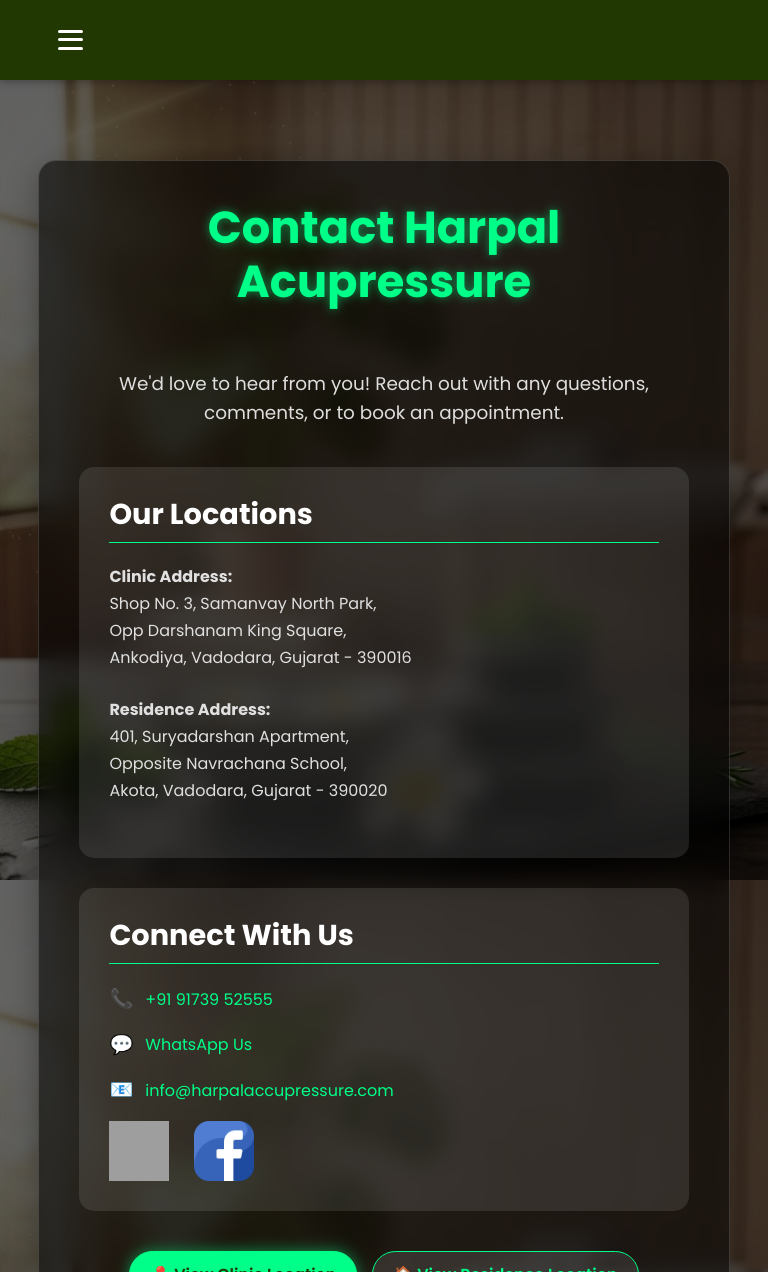
Repository: swasthiik/my-websites
Page: contact.html
These files come from the project's save history. The page is drawn as it stood at one moment and after the next save; the edit follows.
The browser window is 768 px wide. The pictures show the part of the page from y = 0 to 1272 px (the page is 1926 px tall before and 1943 px after).
Pictures or frames that could not be fetched are drawn as grey boxes. Backgrounds fixed to the window are drawn as part of the page.

Above is the page before, as saved 2025-10-31 15:18:42.

### contact.html
<!DOCTYPE html>
<html lang="en">
<head>
  <meta charset="UTF-8" />
  <meta name="viewport" content="width=device-width, initial-scale=1.0" />
  <meta name="description" content="Contact Harpal Acupressure for holistic wellness and healing therapies in Vadodara, Gujarat. Get our address, phone numbers, email, and social media links." />
  <title>Contact Us - Harpal Acupressure</title>

  <!-- Google Font -->
  <link href="https://fonts.googleapis.com/css2?family=Poppins:wght@300;400;600;700&display=swap" rel="stylesheet">

  <!-- Favicon -->
  <link rel="icon" href="images/logo.jpg" type="image/jpeg">

  <!-- Main stylesheet -->
  <link rel="stylesheet" href="style.css">
  <!-- Page-specific stylesheet for Contact -->
  <link rel="stylesheet" href="contact.css">
</head>

<body>
  <!-- HEADER -->
  <header>
    <button class="mobile-menu-button" id="menu-button" aria-label="Open navigation menu" aria-expanded="false">
        <span class="dot" aria-hidden="true"></span>
        <span class="dot" aria-hidden="true"></span>
        <span class="dot" aria-hidden="true"></span>
    </button>
    <nav class="nav-menu" id="nav-menu" aria-label="Main navigation">
      <ul>
        <li><a href="index.html">Home</a></li>
        <li><a href="about.html">About</a></li>
        <li><a href="index.html#services">Services</a></li>
        <li><a href="contact.html" class="active">Contact</a></li>
      </ul>
    </nav>
  </header>

  <!-- MAIN CONTACT SECTION -->
  <main>
    <section id="contact-page" class="glass-section" aria-labelledby="contact-page-title">
      <div class="section-card">
        <h2 id="contact-page-title">Contact Harpal Acupressure</h2>
        <p class="contact-intro">
          We'd love to hear from you! Reach out with any questions, comments, or to book an appointment.
        </p>

        <!-- ⭐ NEW: Consolidated Contact Info Grid ⭐ -->
        <div class="contact-info-grid">
            <!-- Left Column: Address & Contact Details -->
            <div class="contact-info-card">
              <h3>Our Locations</h3>
              <p><strong>Clinic Address:</strong><br>
                Shop No. 3, Samanvay North Park,<br>
                Opp Darshanam King Square,<br>
                Ankodiya, Vadodara, Gujarat - 390016
              </p>
              <p><strong>Residence Address:</strong><br>
                401, Suryadarshan Apartment,<br>
                Opposite Navrachana School,<br>
                Akota, Vadodara, Gujarat - 390020
              </p>
            </div>

            <!-- Right Column: Social Media -->
            <div class="contact-info-card social-card">
                <h3>Connect With Us</h3>
                <ul>
                  <li><a href="tel:+919173952555" class="tel-link">+91 91739 52555</a></li>
                  <li><a href="https://wa.me/919173952555" target="_blank" rel="noopener noreferrer" class="whatsapp-link">WhatsApp Us</a></li>
                  <li><a href="mailto:info@harpalaccupressure.com" class="email-link">info@harpalaccupressure.com</a></li>
                </ul>
                <div class="social-btns-contact-page">
                    <a href="https://www.instagram.com/harpal_acupressure/" target="_blank" rel="noopener noreferrer" aria-label="Visit us on Instagram"><img src="images/instagram.png" alt="Instagram Icon"></a>
                    <a href="https://m.facebook.com/share/1GioYfoyAg/" target="_blank" rel="noopener noreferrer" aria-label="Visit us on Facebook"><img src="images/facebook.png" alt="Facebook Icon"></a>
                </div>
            </div>
        </div><!-- End contact-info-grid -->

        <!-- ⭐ NEW: Map Block with Switcher Buttons ⭐ -->
        <div class="contact-map">
            <div class="map-switcher">
                <button id="show-clinic-map" class="active">📍 View Clinic Location</button>
                <button id="show-residence-map">🏠 View Residence Location</button>
            </div>
            <iframe
              id="google-map-iframe"
              src="https://www.google.com/maps/embed?pb=!1m18!1m12!1m3!1d3690.6720849303!2d73.1539158752945!3d22.3283282796677!2m3!1f0!2f0!3f0!3m2!1i1024!2i768!4f13.1!3m3!1m2!1s0x395fc631a2c13d41%3A0x26422526431f7956!2sSamanvay%20North%20park!5e0!3m2!1sen!2sin!4v1730452296541!5m2!1sen!2sin"
              width="100%"
              height="450"
              style="border:0;"
              allowfullscreen=""
              loading="lazy"
              referrerpolicy="no-referrer-when-downgrade"
              title="Harpal Acupressure Location on Google Maps">
            </iframe>
        </div>
      </div>
    </section>
  </main>

  <footer>
    <p>&copy; <span id="current-year"></span> Harpal Acupressure. All Rights Reserved.</p>
  </footer>

  <script src="main.js"></script>
</body>
</html>

### style.css
/* style.css */

/* GENERAL BODY & TYPOGRAPHY */
:root {
    --primary-color: #213803; /* A deep, earthy green */
    --secondary-color: #064421; /* A slightly darker, richer green */
    --accent-color: #00ff88; /* Bright green for highlights/active states */
    --text-color-dark: #333; /* Dark text for light backgrounds */
    --text-color-light: #f4f4f4; /* Light text for dark backgrounds */
    --bg-color: #1a202c; /* Dark charcoal background for the body */
    --glass-card-bg-light-opacity: rgba(255, 255, 255, 0.1); /* Lighter glass effect */
    --glass-card-bg-dark-opacity: rgba(0, 0, 0, 0.55); /* Darker glass effect for contrast */
    --glass-card-border: rgba(255, 255, 255, 0.15);
    --glass-card-shadow: rgba(0, 0, 0, 0.3);
    --header-height: 80px;
    --footer-height: 60px;
}

body {
    font-family: 'Poppins', sans-serif;
    margin: 0;
    color: var(--text-color-light);
    line-height: 1.6;
    background-color: var(--bg-color);
    overflow-x: hidden;
    scroll-behavior: smooth;
    padding-top: var(--header-height);
    box-sizing: border-box;
}

body.menu-open {
    overflow: hidden;
}

body.menu-open::after {
    content: '';
    position: fixed;
    top: 0;
    left: 0;
    right: 0;
    bottom: 0;
    background-color: rgba(0, 0, 0, 0.5);
    z-index: 1004;
    transition: opacity 0.4s ease;
}

h1, h2, h3, h4, h5, h6 {
    font-weight: 700;
    margin-top: 0;
    margin-bottom: 0.5em;
    color: #ffffff;
    line-height: 1.2;
}

p {
    margin-bottom: 1em;
}

a {
    text-decoration: none;
    color: var(--accent-color);
    transition: color 0.3s ease;
}

a:hover {
    color: #ffffff;
}

.btn {
    display: inline-block;
    background-color: var(--primary-color);
    color: #ffffff;
    padding: 12px 25px;
    border-radius: 30px;
    margin-top: 15px;
    transition: all 0.3s ease;
    font-weight: 600;
    border: none;
    text-align: center;
    cursor: pointer;
    font-size: 1rem;
}

.btn:hover {
    background-color: var(--secondary-color);
    transform: translateY(-2px);
    box-shadow: 0 4px 10px rgba(0,0,0,0.2);
}

/* HEADER STYLING */
header {
    background-color: var(--primary-color);
    color: #ffffff;
    padding: 15px 5%;
    display: flex;
    justify-content: flex-end;
    align-items: center;
    box-shadow: 0 2px 8px rgba(0,0,0,0.3);
    position: fixed;
    top: 0;
    left: 0;
    width: 100%;
    z-index: 1000;
    height: var(--header-height);
    box-sizing: border-box;
}

/* Desktop Navigation Menu */
.nav-menu ul {
    list-style: none;
    margin: 0;
    padding: 0;
    display: flex;
    gap: 25px;
}

.nav-menu a {
    color: #ffffff;
    font-weight: 400;
    padding: 8px 12px;
    position: relative;
    transition: all 0.3s ease;
    border-radius: 5px;
}

.nav-menu a:hover,
.nav-menu a.active {
    color: var(--accent-color);
    background-color: rgba(255, 255, 255, 0.1);
}

/* Mobile Menu Button Styling (Hamburger Icon) */
.mobile-menu-button {
    display: none;
    flex-direction: column;
    justify-content: space-around;
    width: 30px;
    height: 25px;
    background: transparent;
    border: none;
    cursor: pointer;
    padding: 0;
    z-index: 1010;
    position: relative;
    margin-left: 20px;
}

.mobile-menu-button .dot {
    width: 25px;
    height: 3px;
    background-color: white;
    border-radius: 2px;
    transition: all 0.3s ease;
}

.mobile-menu-button[aria-expanded="true"] .dot:nth-child(1) { transform: translateY(8px) rotate(45deg); }
.mobile-menu-button[aria-expanded="true"] .dot:nth-child(2) { opacity: 0; }
.mobile-menu-button[aria-expanded="true"] .dot:nth-child(3) { transform: translateY(-8px) rotate(-45deg); }


/* HERO Section */
#hero {
    background-image: url('images/background.jpg');
    background-size: cover;
    background-position: center;
    height: calc(100vh - var(--header-height));
    padding-top: 0;
    display: flex;
    justify-content: center;
    align-items: center;
    text-align: center;
    color: #ffffff;
    position: relative;
    overflow: hidden;
}

.hero-overlay {
    background: rgba(0, 0, 0, 0.65);
    padding: 50px 20px;
    border-radius: 10px;
    max-width: 800px;
    width: 90%;
    backdrop-filter: blur(8px);
    -webkit-backdrop-filter: blur(8px);
    border: 1px solid rgba(255, 255, 255, 0.1);
    box-shadow: 0 8px 32px 0 rgba(0, 0, 0, 0.4);
    display: flex;
    flex-direction: column;
    align-items: center;
    justify-content: center;
}

.hero-logo {
    width: 150px;
    height: 150px;
    border-radius: 50%;
    object-fit: cover;
    border: 4px solid var(--accent-color);
    margin-bottom: 25px;
    box-shadow: 0 6px 20px rgba(0,0,0,0.5);
}

#hero h1 {
    font-size: 3.5em;
    margin-bottom: 15px;
    color: #ffffff;
    text-shadow: 2px 2px 6px rgba(0,0,0,0.8);
}

#hero p {
    font-size: 1.3em;
    margin-bottom: 30px;
    color: #e0e0e0;
    text-shadow: 1px 1px 4px rgba(0,0,0,0.8);
}

/* GENERAL SECTION STYLING */
section {
    padding: 80px 5%;
    position: relative;
    background-attachment: fixed;
    background-size: cover;
    background-position: center;
    background-repeat: no-repeat;
    min-height: 500px;
    display: flex;
    align-items: center;
    justify-content: center;
    overflow: hidden;
}

/* SECTION BACKGROUNDS */
#about-home { background-image: url('images/background2.jpg'); }
#services { background-image: url('images/background3.jpg'); }
#contact-section-home { background-image: url('images/background5.jpg'); }
#contact-page { background-image: url('images/background5.jpg'); }

section::before {
    content: '';
    position: absolute;
    top: 0;
    left: 0;
    right: 0;
    bottom: 0;
    background-color: rgba(0, 0, 0, 0.6);
    z-index: 0;
}

.glass-section .section-card {
    background: var(--glass-card-bg-dark-opacity);
    border-radius: 18px;
    padding: 40px;
    box-shadow: 0 8px 32px 0 var(--glass-card-shadow);
    backdrop-filter: blur(12px);
    -webkit-backdrop-filter: blur(12px);
    border: 1px solid var(--glass-card-border);
    max-width: 1200px;
    width: 100%;
    z-index: 1;
    color: var(--text-color-light);
    text-align: center;
    box-sizing: border-box;
}

/* More Section Card Styles */
.glass-section h2 {
    font-size: 2.8em;
    margin-bottom: 30px;
    color: var(--accent-color);
    text-shadow: 1px 1px 3px rgba(0,0,0,0.5);
}

.about-content-grid {
    display: flex;
    flex-direction: column;
    align-items: center;
    gap: 30px;
    text-align: left;
    font-size: 1.1em;
}

/* SERVICES GRID */
.services-grid {
    display: grid;
    grid-template-columns: repeat(auto-fit, minmax(280px, 1fr));
    gap: 30px;
    margin-top: 40px;
}

.service-card {
    background: var(--glass-card-bg-light-opacity);
    border-radius: 12px;
    overflow: hidden;
    box-shadow: 0 6px 20px 0 var(--glass-card-shadow);
    backdrop-filter: blur(10px);
    -webkit-backdrop-filter: blur(10px);
    border: 1px solid rgba(255, 255, 255, 0.1);
    transition: transform 0.3s ease, box-shadow 0.3s ease;
    text-align: left;
    display: flex;
    flex-direction: column;
}

.service-card:hover {
    transform: translateY(-8px);
    box-shadow: 0 12px 40px 0 var(--glass-card-shadow);
}

.service-card img {
    width: 100%;
    height: 200px;
    object-fit: cover;
    display: block;
    border-bottom: 1px solid rgba(255, 255, 255, 0.1);
}

.service-card .svc-body {
    padding: 20px;
    flex-grow: 1;
    display: flex;
    flex-direction: column;
    justify-content: flex-start;
}

.service-card .svc-title {
    font-size: 1.4em;
    font-weight: 600;
    color: var(--accent-color);
    margin-bottom: 10px;
}

.service-card .svc-text {
    font-size: 0.95em;
    color: #c0c0c0;
    line-height: 1.5;
}


/* CONTACT SECTION */
#contact-section-home .section-card,
#contact-page .section-card {
    text-align: left;
    padding: 50px;
}

#contact-section-home h2,
#contact-page h2 {
    font-size: 2.8em;
    margin-bottom: 40px;
    text-align: center;
    color: var(--accent-color);
}

.contact-section-home .inner,
#contact-page .inner {
    display: grid;
    grid-template-columns: repeat(auto-fit, minmax(280px, 1fr));
    gap: 50px;
}

.contact-left h3,
.contact-center h3,
.quick-links h4 {
    font-size: 1.6em;
    margin-bottom: 20px;
    color: #ffffff;
}

.social-btns {
    display: flex;
    gap: 20px;
    margin-bottom: 25px;
}

/* ⭐ UPDATED: Reduced the size of the social media icons */
.social-btns img {
    width: 60px;
    height: 60px;
    transition: transform 0.3s ease;
}

.social-btns img:hover {
    transform: scale(1.1);
}

.email-line {
    margin-top: 0;
    margin-bottom: 25px;
    font-size: 1.1em;
}

.email-line a {
    color: var(--accent-color);
    word-break: break-all;
}

.btn-area {
    display: flex;
    gap: 15px;
    flex-wrap: wrap;
}

.btn-call, .btn-wa {
    flex-grow: 1;
    min-width: 140px;
    padding: 12px 15px;
}

.contact-center p {
    margin-bottom: 15px;
    font-size: 1.1em;
    line-height: 1.5;
}

.quick-links a {
    display: block;
    margin-bottom: 10px;
    font-size: 1.1em;
    color: #e0e0e0;
    transition: color 0.3s ease;
}

.quick-links a:hover {
    color: var(--accent-color);
}

.final-line {
    text-align: center;
    margin-top: 50px;
    font-size: 1.2em;
    font-weight: 600;
    color: var(--accent-color);
    padding-top: 30px;
    border-top: 1px solid rgba(255, 255, 255, 0.1);
}

/* FOOTER */
footer {
    background-color: var(--secondary-color);
    color: #ffffff;
    text-align: center;
    padding: 20px 5%;
    font-size: 0.9em;
    box-shadow: inset 0 2px 8px rgba(0,0,0,0.3);
}

/* MEDIA QUERIES FOR RESPONSIVENESS */
@media (max-width: 992px) {
    header {
        justify-content: space-between;
    }
    .mobile-menu-button {
        display: flex;
    }
    .nav-menu {
        display: flex;
        flex-direction: column;
        position: fixed;
        top: var(--header-height);
        left: 0;
        width: 100%;
        height: calc(100vh - var(--header-height));
        background-color: var(--primary-color);
        transform: translateX(100%);
        transition: transform 0.4s ease-in-out;
        z-index: 1005;
        overflow-y: auto;
    }
    .nav-menu[aria-hidden="false"] {
        transform: translateX(0);
    }
    .nav-menu ul {
        flex-direction: column;
        align-items: center;
        padding: 20px 0;
    }
    .nav-menu ul li {
        margin: 10px 0;
        width: 100%;
        text-align: center;
    }
    .nav-menu ul li a {
        display: block;
        padding: 15px 20px;
        font-size: 1.2em;
        border-bottom: 1px solid rgba(255, 255, 255, 0.05);
        color: white;
    }
    .nav-menu ul li:last-child a {
        border-bottom: none;
    }
    .nav-menu ul li a:hover,
    .nav-menu ul li a.active {
        background-color: var(--secondary-color);
        color: var(--accent-color);
    }
}

@media (max-width: 768px) {
    #hero h1 {
        font-size: 2.5em;
    }
    #hero p {
        font-size: 1em;
    }
    .hero-logo {
        width: 120px;
        height: 120px;
    }
    .glass-section h2 {
        font-size: 2em;
    }
    .glass-section .section-card {
        padding: 30px;
    }
    .about-content-grid {
        flex-direction: column;
        text-align: center;
    }
    .services-grid {
        grid-template-columns: 1fr;
    }
    .contact-section-home .inner,
    #contact-page .inner {
        grid-template-columns: 1fr;
        text-align: center;
    }
    .social-btns {
        justify-content: center;
    }
    .btn-area {
        justify-content: center;
    }
}

@media (max-width: 480px) {
    header {
        padding: 10px 3%;
    }
    #hero h1 {
        font-size: 2em;
    }
    #hero p {
        font-size: 0.9em;
    }
    .hero-logo {
        width: 100px;
        height: 100px;
    }
    .hero-overlay {
        padding: 30px 15px;
    }
    section {
        padding: 60px 3%;
    }
    .glass-section .section-card {
        padding: 25px;
    }
    .glass-section h2 {
        font-size: 1.8em;
    }
    .contact-left h3, .contact-center h3, .quick-links h4 {
        font-size: 1.4em;
    }
    .final-line {
        font-size: 1em;
    }
}

### contact.css
/* contact.css */

/* Page-specific background for the contact page */
#contact-page {
    background-image: url('images/background7.jpg');
    background-size: cover;
    background-position: center;
    background-attachment: fixed;
}

/* Main glass card on the contact page */
#contact-page .section-card {
    max-width: 1100px; /* Wider card for a better layout */
    padding: 40px;
    background: rgba(0, 0, 0, 0.55);
    backdrop-filter: blur(12px);
    -webkit-backdrop-filter: blur(12px);
    border: 1px solid rgba(255, 255, 255, 0.15);
    border-radius: 18px;
    display: flex;
    flex-direction: column;
    gap: 40px; /* Space between content blocks */
}

#contact-page-title {
    font-size: 2.8em;
    color: var(--accent-color);
    text-shadow: 0 0 10px rgba(0, 255, 136, 0.5);
    text-align: center;
    margin-bottom: 0;
}

.contact-intro {
    text-align: center;
    font-size: 1.15em;
    max-width: 700px;
    margin: -20px auto 0 auto; /* Pulls it closer to the title */
    color: #f4f4f4;
    opacity: 0.9;
}

/* =================================== */
/* ==== NEW: Contact Grid Layout ==== */
/* =================================== */
.contact-info-grid {
    display: grid;
    grid-template-columns: 1fr 1fr; /* Two equal columns */
    gap: 30px;
}

.contact-info-card {
    background: rgba(255, 255, 255, 0.1);
    border-radius: 15px;
    padding: 30px;
    text-align: left;
}

.contact-info-card h3 {
    font-size: 1.8em;
    color: #ffffff;
    margin-top: 0;
    margin-bottom: 20px;
    border-bottom: 1px solid var(--accent-color);
    padding-bottom: 10px;
}

.contact-info-card p {
    margin-bottom: 1.5em;
    line-height: 1.7;
    color: #e0e0e0;
}

.contact-info-card ul {
    list-style: none;
    padding: 0;
    margin: 0;
}

.contact-info-card li {
    margin-bottom: 15px;
}

.contact-info-card a {
    color: var(--accent-color);
    text-decoration: none;
    transition: color 0.3s ease;
    display: flex;
    align-items: center;
    font-weight: 500;
}

.contact-info-card a:hover {
    color: #ffffff;
}

.contact-info-card a::before {
    margin-right: 12px;
    font-size: 1.2em;
}
a.tel-link::before { content: '📞'; }
a.whatsapp-link::before { content: '💬'; }
a.email-link::before { content: '📧'; }

/* Social Media Card Specifics */
.contact-info-card.social-card {
    display: flex;
    flex-direction: column;
}
.social-btns-contact-page {
    display: flex;
    gap: 25px;
    margin-top: auto; /* Pushes icons to the bottom */
}
.social-btns-contact-page img {
    width: 60px; /* Proper icon size */
    height: 60px;
    transition: transform 0.3s ease;
}
.social-btns-contact-page img:hover {
    transform: scale(1.1);
}

/* =================================== */
/* ==== NEW: Map Switcher Styles ==== */
/* =================================== */
.contact-map {
    display: flex;
    flex-direction: column;
    gap: 15px;
}
.map-switcher {
    display: flex;
    justify-content: center;
    gap: 15px;
    flex-wrap: wrap;
}
.map-switcher button {
    background-color: rgba(255, 255, 255, 0.1);
    border: 1px solid var(--accent-color);
    color: var(--accent-color);
    padding: 10px 20px;
    border-radius: 30px;
    cursor: pointer;
    font-weight: 600;
    font-family: 'Poppins', sans-serif;
    font-size: 1rem;
    transition: all 0.3s ease;
}
.map-switcher button:hover {
    background-color: rgba(0, 255, 136, 0.3);
    color: #fff;
}
.map-switcher button.active {
    background-color: var(--accent-color);
    color: var(--primary-color);
    box-shadow: 0 0 15px rgba(0, 255, 136, 0.5);
}
.contact-map iframe {
    width: 100%;
    height: 400px;
    border-radius: 15px;
    border: none;
}

/* Responsive adjustments */
@media (max-width: 768px) {
    .contact-info-grid {
        grid-template-columns: 1fr; /* Stack to a single column on tablets and mobile */
    }
    #contact-page-title {
        font-size: 2.5em;
    }
}
@media (max-width: 480px) {
    #contact-page .section-card {
        padding: 25px;
    }
}

Loaded but not shown: main.js (39 lines, source omitted)

After the next save:
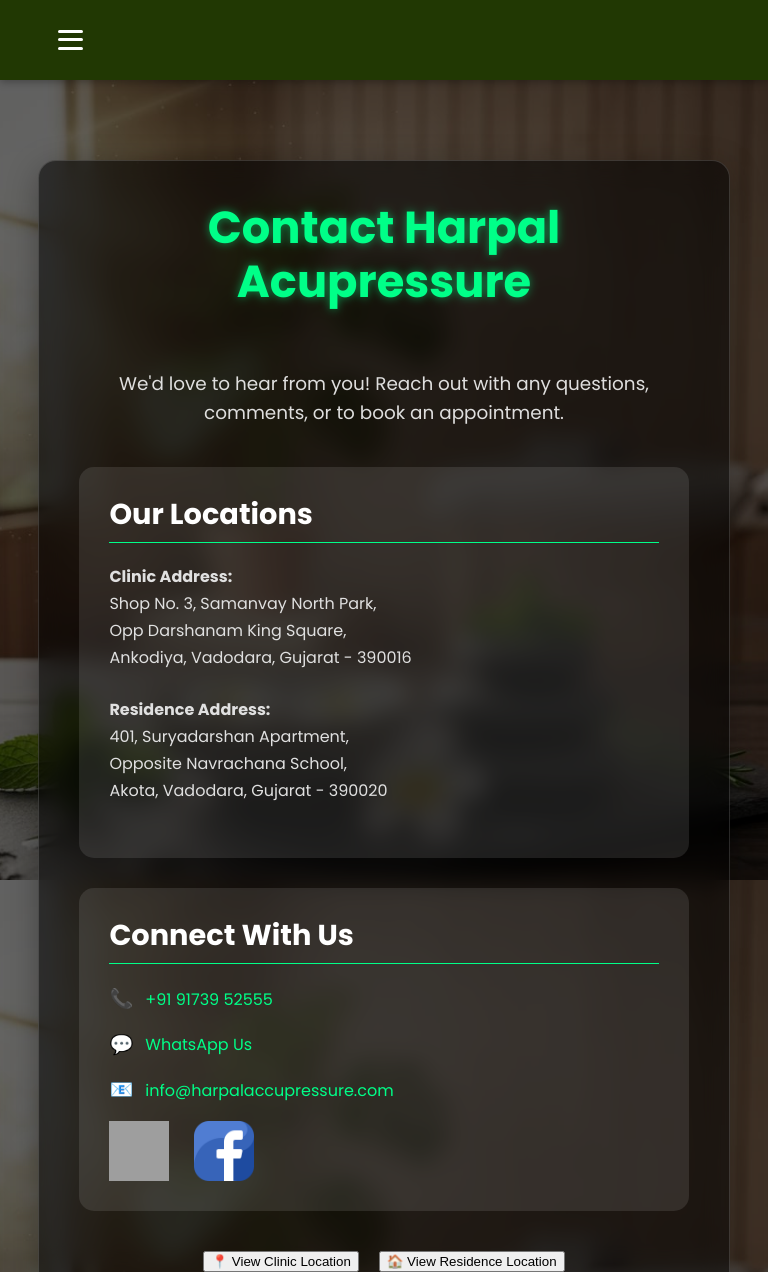
Saved 25 s later.
--- a/contact.css
+++ b/contact.css
@@ -10,7 +10,7 @@
 
 /* Main glass card on the contact page */
 #contact-page .section-card {
-    max-width: 1100px; /* Wider card for a better layout */
+    max-width: 1100px;
     padding: 40px;
     background: rgba(0, 0, 0, 0.55);
     backdrop-filter: blur(12px);
@@ -19,7 +19,7 @@
     border-radius: 18px;
     display: flex;
     flex-direction: column;
-    gap: 40px; /* Space between content blocks */
+    gap: 40px;
 }
 
 #contact-page-title {
@@ -34,17 +34,15 @@
     text-align: center;
     font-size: 1.15em;
     max-width: 700px;
-    margin: -20px auto 0 auto; /* Pulls it closer to the title */
+    margin: -20px auto 0 auto;
     color: #f4f4f4;
     opacity: 0.9;
 }
 
-/* =================================== */
-/* ==== NEW: Contact Grid Layout ==== */
-/* =================================== */
+/* Contact Grid Layout */
 .contact-info-grid {
     display: grid;
-    grid-template-columns: 1fr 1fr; /* Two equal columns */
+    grid-template-columns: 1fr 1fr;
     gap: 30px;
 }
 
@@ -109,10 +107,10 @@ a.email-link::before { content: '📧'; }
 .social-btns-contact-page {
     display: flex;
     gap: 25px;
-    margin-top: auto; /* Pushes icons to the bottom */
+    margin-top: auto;
 }
 .social-btns-contact-page img {
-    width: 60px; /* Proper icon size */
+    width: 60px;
     height: 60px;
     transition: transform 0.3s ease;
 }
@@ -121,51 +119,61 @@ a.email-link::before { content: '📧'; }
 }
 
 /* =================================== */
-/* ==== NEW: Map Switcher Styles ==== */
+/* ==== UPDATED: Map Links Styles ==== */
 /* =================================== */
-.contact-map {
-    display: flex;
-    flex-direction: column;
-    gap: 15px;
+.contact-map-links {
+    background: rgba(255, 255, 255, 0.1);
+    border-radius: 15px;
+    padding: 30px;
+    text-align: center;
 }
+
+.contact-map-links h3 {
+    font-size: 1.8em;
+    color: #ffffff;
+    margin-top: 0;
+    margin-bottom: 25px;
+}
+
 .map-switcher {
     display: flex;
     justify-content: center;
-    gap: 15px;
+    gap: 20px;
     flex-wrap: wrap;
 }
-.map-switcher button {
-    background-color: rgba(255, 255, 255, 0.1);
-    border: 1px solid var(--accent-color);
+
+/* Styling the <a> tags to look like buttons */
+.map-switcher a {
+    background-color: transparent;
+    border: 2px solid var(--accent-color);
     color: var(--accent-color);
-    padding: 10px 20px;
+    padding: 12px 25px;
     border-radius: 30px;
-    cursor: pointer;
     font-weight: 600;
     font-family: 'Poppins', sans-serif;
     font-size: 1rem;
+    text-decoration: none;
     transition: all 0.3s ease;
 }
-.map-switcher button:hover {
-    background-color: rgba(0, 255, 136, 0.3);
-    color: #fff;
-}
-.map-switcher button.active {
+
+/* Active/Hover state for the first button */
+.map-switcher a:first-child {
     background-color: var(--accent-color);
     color: var(--primary-color);
     box-shadow: 0 0 15px rgba(0, 255, 136, 0.5);
 }
-.contact-map iframe {
-    width: 100%;
-    height: 400px;
-    border-radius: 15px;
-    border: none;
+
+.map-switcher a:hover {
+    background-color: var(--accent-color);
+    color: var(--primary-color);
+    transform: translateY(-2px);
 }
+
 
 /* Responsive adjustments */
 @media (max-width: 768px) {
     .contact-info-grid {
-        grid-template-columns: 1fr; /* Stack to a single column on tablets and mobile */
+        grid-template-columns: 1fr;
     }
     #contact-page-title {
         font-size: 2.5em;
